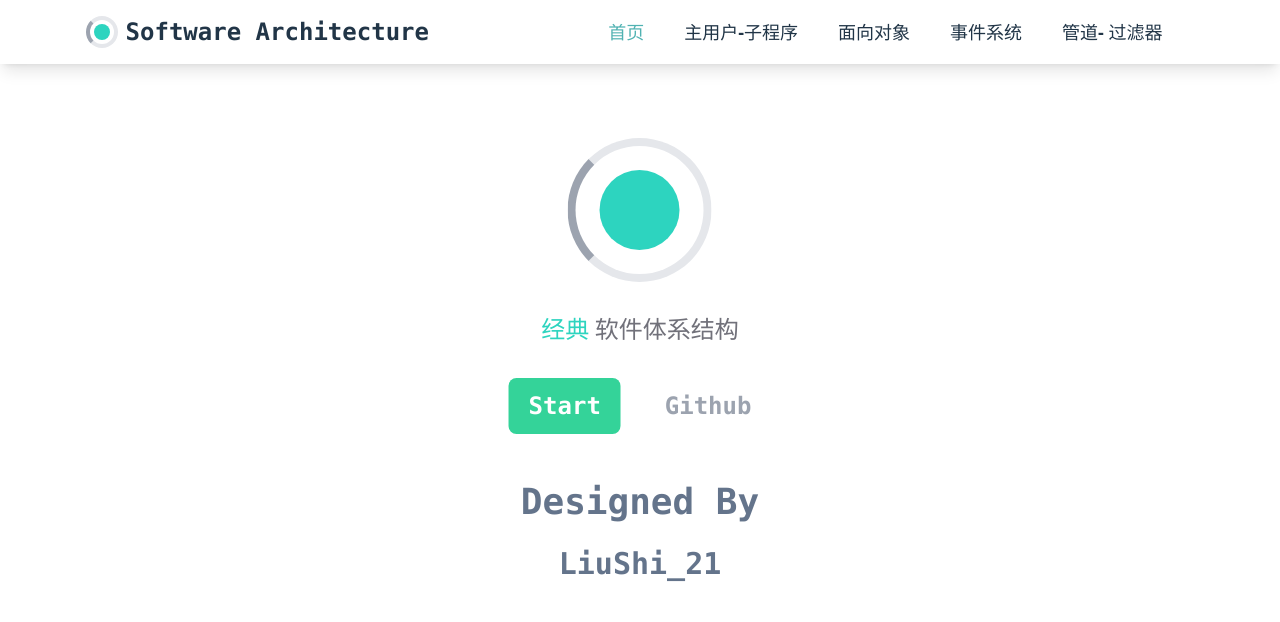
Repository: MarchRory/software_architecture_lab2
Page: / (app in lab2/)
The author's editor kept a copy of each file at every save. The page is drawn from the files as they stood at one save, then again after the next save.
The browser window is 1280 px wide. The pictures show the whole page.
The project was rebuilt for these pictures with package versions that can differ from the ones it lists, and the page was loaded fresh each time. Also part of the build but not shown: lab2/vite.config.ts. Imported but missing from the stored project, and not drawn on this page: lab2/src/views/OOP/index.vue, lab2/src/views/PipFilter/index.vue, lab2/src/views/eventsSys/index.vue, lab2/src/views/mainChild/index.vue.

Above is the page before, as saved 2023-11-17 21:45:57.

### lab2/index.html
<!Doctype html>
<html lang="en">
  <head>
    <meta charset="UTF-8" />
    <link rel="icon" type="image/svg+xml" href="/vite.svg" />
    <meta name="viewport" content="width=device-width, initial-scale=1.0" />
    <title>经典软件体系结构</title>
  </head>
  <body>
    <div id="app"></div>
    <script type="module" src="/src/main.ts"></script>
  </body>
</html>

### lab2/src/main.ts
import { createApp } from 'vue'
import './style.css'
import './style/index.css'
import hljs from 'highlight.js/lib/core'
import 'highlight.js/styles/androidstudio.css'
import java from 'highlight.js/lib/languages/java'
import router from '@/router/index'
import pinia from '@/store/index'
import App from './App.vue'
import "tailwindcss/tailwind.css"
const vueApp = createApp(App)
hljs.registerLanguage('java', java)
// 高亮指令
vueApp.directive('highlight', (el) => {
    const blocks = el.querySelectorAll('pre code')
    blocks.forEach((block: any) => {
        hljs.highlightElement(block)
    })
})
vueApp.use(router).use(pinia).mount('#app')

### lab2/src/style.css
:root {
  font-family: Inter, system-ui, Avenir, Helvetica, Arial, sans-serif;
  line-height: 1.5;
  font-weight: 400;

  color-scheme: light dark;
  color: rgba(255, 255, 255, 0.87);
  background-color: #242424;

  font-synthesis: none;
  text-rendering: optimizeLegibility;
  -webkit-font-smoothing: antialiased;
  -moz-osx-font-smoothing: grayscale;
  -webkit-text-size-adjust: 100%;
}

a {
  font-weight: 500;
  color: #646cff;
  text-decoration: inherit;
}
a:hover {
  color: #535bf2;
}

body {
  margin: 0;
  display: flex;
  place-items: center;
  min-width: 320px;
  min-height: 100vh;
}

@media (prefers-color-scheme: light) {
  :root {
    color: #213547;
    background-color: #ffffff;
  }
  a:hover {
    color: #747bff;
  }
  button {
    background-color: #f9f9f9;
  }
}

### lab2/src/router/index.ts
import { createRouter, createWebHashHistory, RouteRecordRaw } from "vue-router";
export const routes: Array<RouteRecordRaw> = [
    {
        path: '/',
        name: 'hello',
        meta: {
            tabName: '主页'
        },
        component: () => import('@/layout/index.vue'),
        redirect: '/home',
        children: [
            {
                path: '/home',
                name: 'home',
                component: () => import('@/views/hello/index.vue'),
                meta: {
                    title: '首页'
                }
            }, {
                path: '/mainChild',
                name: 'mainChild',
                component: () => import('@/views/mainChild/index.vue'),
                meta: {
                    title: '主用户-子程序'
                }
            }, {
                path: '/OOP',
                name: "OOP",
                component: () => import('@/views/OOP/index.vue'),
                meta: {
                    title: '面向对象'
                }
            }, {
                path: '/eventSys',
                name: "eventSys",
                component: () => import("@/views/eventsSys/index.vue"),
                meta: {
                    title: '事件系统'
                }
            }, {
                path: '/pipFilter',
                name: "pipFilter",
                component: () => import('@/views/PipFilter/index.vue'),
                meta: {
                    title: "管道- 过滤器"
                }
            }
        ]
    },
]

const router = createRouter({
    history: createWebHashHistory(),
    routes
})

export default router

### lab2/src/store/index.ts
import { createPinia } from 'pinia';

const stores = createPinia();

export default stores;

### lab2/src/App.vue
<script setup lang="ts">
	import { defineAsyncComponent } from 'vue';
	import { useRouter } from 'vue-router';
	const router = useRouter();
</script>

<template>
	<div id="app">
		<router-view></router-view>
	</div>
</template>

<style>
	#app {
		width: 100vw;
		height: 100vh;
	}

	::-webkit-scrollbar {
		width: 8px;
	}

	::-webkit-scrollbar-thumb {
		background-color: rgb(69, 199, 202);
		border-radius: 15px;
	}

	::-moz-scrollbar {
		width: 8px;
	}

	::-moz-scrollbar-thumb {
		background-color: rgb(69, 199, 202);
	}
</style>

### lab2/src/layout/index.vue
<script setup lang="ts">
	import { defineAsyncComponent } from 'vue';
	const Navbar = defineAsyncComponent(() => import('./navbar.vue'));
	const APPMain = defineAsyncComponent(() => import('./Main.vue'));
</script>

<template>
	<div class="flex flex-col items-center w-full h-full">
		<Navbar />
		<APPMain class="flex-1" />
	</div>
</template>

### lab2/src/views/hello/index.vue
<script setup lang="ts">
	import { useRouter } from 'vue-router';
	const router = useRouter();
	function enterPage() {
		router.push({
			path: '/mainChild',
		});
	}
</script>

<template>
	<div
		style="position: absolute; left: 50%; top: 50%; transform: translate(-50%, -50%)"
		class="flex flex-col items-center justify-around h-fit"
	>
		<div
			class="flex items-center justify-center mb-8 border-8 rounded-full w-36 h-36 border-l-gray-400"
		>
			<div class="w-20 h-20 bg-teal-400 rounded-full"></div>
		</div>
		<div class="mb-8 space-x-2 text-2xl font-bold text-zinc-500">
			<span class="text-teal-400">经典</span>
			软件体系结构
		</div>
		<div class="flex items-center justify-between" style="width: 110%">
			<div
				@click="enterPage"
				class="flex items-center justify-center px-5 py-3 font-mono text-2xl font-bold text-white rounded-lg hover:cursor-pointer bg-emerald-400"
			>
				Start
			</div>
			<a
				href="https://github.com/MarchRory"
				target="_blank"
				class="flex items-center justify-center px-5 py-3 font-mono text-2xl font-bold text-gray-400 rounded-lg hover:cursor-pointer"
			>
				Github
			</a>
		</div>

		<div class="flex flex-col justify-center mt-12 font-mono font-bold w-fit text-slate-500">
			<div class="text-4xl">Designed By</div>
			<br />
			<div style="margin: 0 auto" class="text-3xl">LiuShi_21</div>
		</div>
	</div>
</template>

<style scoped></style>

### lab2/src/layout/navbar.vue
<script setup lang="ts">
	import { useRouter, useRoute, RouteRecordRaw } from 'vue-router';
	import { routes } from '@/router';
	import { ref } from 'vue';
	const router = useRouter();
	const route = useRoute();
	const Navlist = ref();
	function initNav() {
		Navlist.value = routes[0].children?.map((route: RouteRecordRaw) => {
			return {
				path: route.path,
				title: route?.meta.title,
			};
		});
	}
	initNav();
	function switchTab(path: string) {
		router.push({
			path: path,
		});
	}
</script>

<template>
	<div class="flex items-center justify-around w-full h-16 shadow-lg">
		<ul class="flex items-center justify-start list-none">
			<li class="flex items-center justify-center w-8 h-8 border-4 rounded-full border-l-gray-400">
				<div class="w-4 h-4 bg-teal-400 rounded-full"></div>
			</li>
			<li class="font-mono text-2xl navFont">Software Architecture</li>
		</ul>
		<ul class="flex min-w-fit">
			<li
				@click="switchTab(navItem.path)"
				class="mr-8 font-sans text-lg transition-all navFont hover:cursor-pointer"
				:class="[route.path == navItem.path ? 'active' : '']"
				v-for="(navItem, index) in Navlist"
				:key="index"
			>
				{{ navItem.title }}
			</li>
		</ul>
	</div>
</template>

<style scoped>
	.navFont {
		@apply ml-2 font-bold;
	}
	.active {
		color: rgb(80, 178, 178);
	}
	/* 	.active::before {
		display: block;
		content: '';
		position: absolute;
		width: 12px;
		height: 12px;
		border-radius: 50%;
		background-color: rgb(80, 178, 178);
		transform: translate(100%, 50%);
	} */
</style>

### lab2/src/layout/Main.vue
<script setup lang="ts">
	import { nextTick, ref, watch } from 'vue';
	import { useScrollStore } from '@/store/modules/scroll/index';
	import { useScroll } from '@/hooks/useScroll';
	import router from '@/router';
	const scrollStore = useScrollStore();
	scrollStore.init();
	const main = ref<HTMLDivElement>();
	const { pageScroll } = useScroll();
	router.beforeEach((to, from, next) => {
		pageScroll.value = 0;
		if (main.value) {
			scrollStore.update(from.fullPath, main.value.scrollTop);
			next();
		}
	});
	router.afterEach((to, from) => {
		nextTick(() => {
			if (main.value) {
				main.value.scrollTop = scrollStore.useScroll(to.fullPath) as number;
			}
		});
	});
	watch(
		() => pageScroll.value,
		(newV) => {
			let scrollTopTo = newV;
			if (main.value)
				main.value.scrollTo({ top: scrollTopTo > 0 ? scrollTopTo : 0, behavior: 'smooth' });
		},
	);
</script>

<template>
	<div class="w-full h-auto px-56 pt-4 overflow-auto" ref="main">
		<router-view v-slot="{ Component }">
			<keep-alive>
				<component :is="Component" />
			</keep-alive>
		</router-view>
	</div>
</template>

### lab2/src/store/modules/scroll/index.ts
import { defineStore } from "pinia";
import { routes } from "@/router";
import { RouteRecordRaw } from "vue-router";
interface ScrollType {
    scrollMap: Map<string, number>
}
export const useScrollStore = defineStore('useScrollStore', {
    state: (): ScrollType => {
        return {
            scrollMap: new Map()
        }
    },
    actions: {
        init(): void {
            const paths = routes[0].children?.map((route: RouteRecordRaw) => {
                return {
                    path: route.path,
                };
            });
            paths?.forEach((item, index) => {
                this.scrollMap.set(item.path, 0)
            })
        },
        update(routePath: string, scrollTop: number): void {
            this.scrollMap.set(routePath, scrollTop)
        },
        useScroll(routePath: string): number | undefined {
            return this.scrollMap.get(routePath)
        }
    }
})

### lab2/src/hooks/useScroll.ts

import { ComponentInternalInstance, getCurrentInstance, ref } from 'vue'
const pageScroll = ref(0)
export const useScroll = () => {
    return {
        pageScroll
    }
}

Loaded but not shown: lab2/src/style/index.css (common file); lab2/tailwind.config.js (common file)

After the next save:
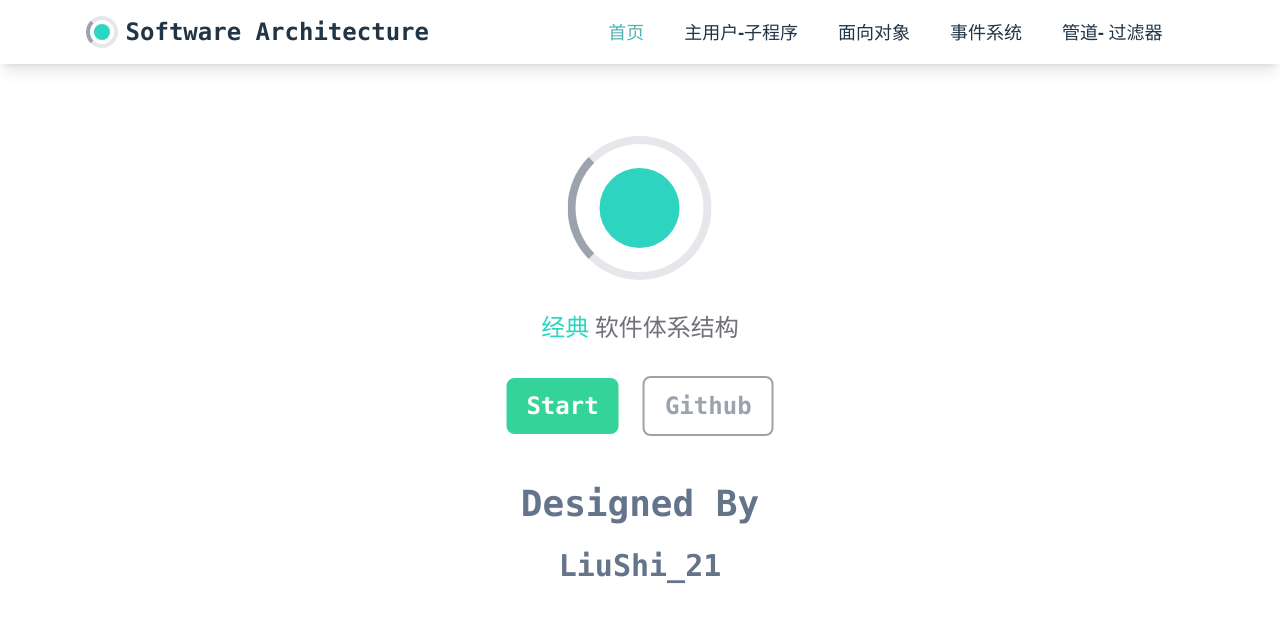
Saved 14 s later.
--- a/lab2/src/views/hello/index.vue
+++ b/lab2/src/views/hello/index.vue
@@ -32,7 +32,7 @@
 			<a
 				href="https://github.com/MarchRory"
 				target="_blank"
-				class="flex items-center justify-center px-5 py-3 font-mono text-2xl font-bold text-gray-400 rounded-lg hover:cursor-pointer"
+				class="flex items-center justify-center px-5 py-3 font-mono text-2xl font-bold text-gray-400 border-2 rounded-lg hover:cursor-pointer border-zinc-400"
 			>
 				Github
 			</a>
